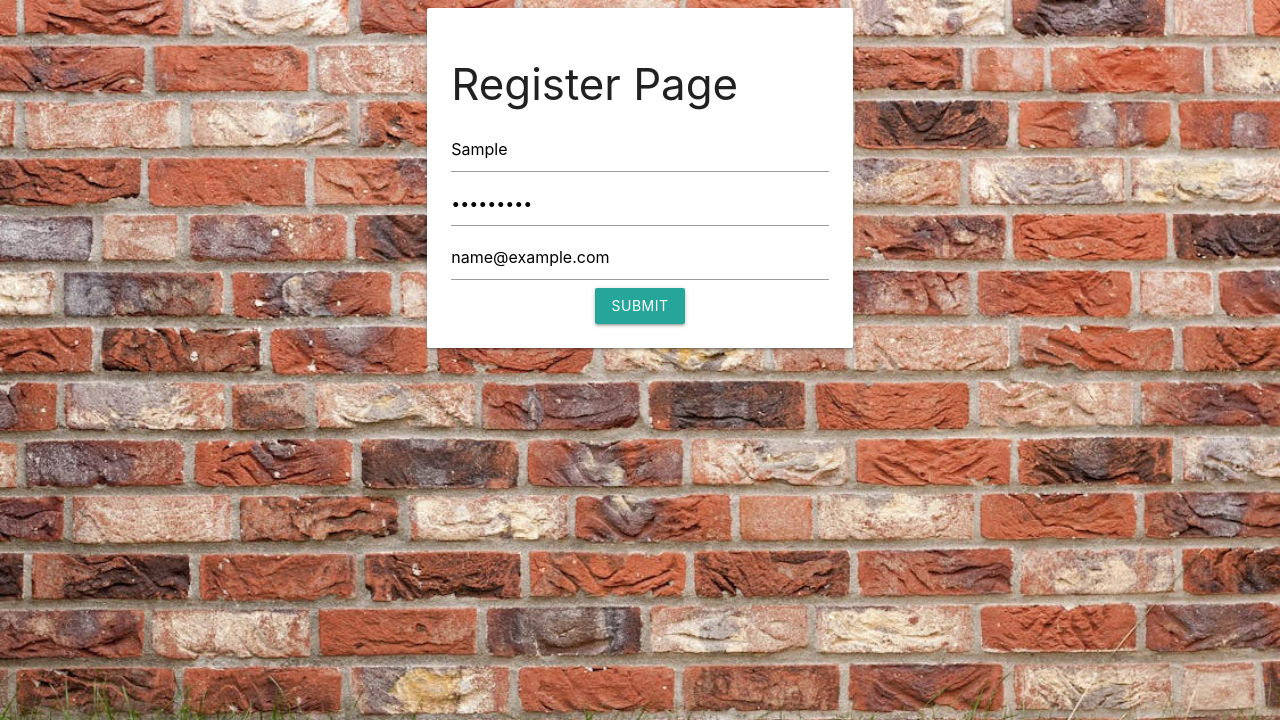
Repository: nin19/advance_java
Page: http://localhost/register-module/
An editor plug-in stored every save of this project. The page is shown before and after the next save, followed by the edit.
The browser window is 1280 px wide. The pictures show the whole page.
Empty fields were first filled with sample values (such as "Sample", 5 or name@example.com).
After loading, the first visible `#myForm` was submitted once.
The page is served by Tomcat 9.

Above is the page before, as saved 2024-10-19 08:24:50.

### servlet/register-module/src/main/webapp/signup.jsp
<%@ page language="java" contentType="text/html; charset=ISO-8859-1"
    pageEncoding="ISO-8859-1"%>
<!DOCTYPE html>
<html>
<head>
<meta charset="ISO-8859-1">
<title>SignUpPage</title>
 <!-- Compiled and minified CSS -->
    <link rel="stylesheet" href="https://cdnjs.cloudflare.com/ajax/libs/materialize/1.0.0/css/materialize.min.css">

    <!-- Compiled and minified JavaScript -->
    <script src="https://cdnjs.cloudflare.com/ajax/libs/materialize/1.0.0/js/materialize.min.js"></script>

</head>
<body style="background: url(img/background.jpeg);background-size: 100%">
	<div class="container">
		<div class="row">
			<div class="col m6 offset-m3">
				<div class="card">
					<div class="card-content">
						<h3>Register Page</h3>

						<div class="form center-align">
							<form action="Register" method="post" id="myForm">
								<input type="text" name="user_name" placeholder="Enter Name"/>
								<input type="password" name="user_password" placeholder="Enter Password"/>
								<input type="email" name="user_email" placeholder="Enter Email"/>

								<button type="submit" class="btn">Submit</button>
							</form>
						</div>
						<div class="loader center-align" style="margin-top: 10px;display: none">
							<div class="preloader-wrapper big active">
							    <div class="spinner-layer spinner-blue-only">
							      <div class="circle-clipper left">
							        <div class="circle"></div>
							      </div><div class="gap-patch">
							        <div class="circle"></div>
							      </div><div class="circle-clipper right">
							        <div class="circle"></div>
							      </div>
							    </div>
							 </div>
							 <h5>Please wait...</h5>
						</div>
					</div>
				</div>
			</div>
		</div>
	</div>
	<script src="https://code.jquery.com/jquery-3.7.1.min.js"
	  integrity="sha256-/JqT3SQfawRcv/BIHPThkBvs0OEvtFFmqPF/lYI/Cxo="
	  crossorigin="anonymous"></script>
	 <script>
	 	$(document).ready(function () {
	 		console.log("Page is ready...");

	 		$("#myForm").on('submit',function(event){
	 			event.preventDefault();
	 			var f=$(this).serialize();
	 			console.log(f);

	 			$(".loader").show();
	 			$(".form").hide();

	 			$.ajax({
	 				url:"Register",
	 				data:f,
	 				type:"POST",
	 				success:function(data,textStatus,jqXHR) {
	 					console.log(data);
	 					console.log("SUCCESS...");
	 					$(".loader").hide();
	 		 			$(".form").show();
	 				},
	 				error:function(jqXHR,textStatus,errorThrown) {
	 					console.log(data);
	 					console.log("ERROR...");
	 					$(".loader").hide();
	 		 			$(".form").show();
	 				}
	 			})
	 		})
	 	})
	 </script>
</body>
</html>

### servlet/register-module/src/main/java/com/user/Register.java
package com.user;

import javax.servlet.http.HttpServlet;
import javax.servlet.http.HttpServletRequest;
import javax.servlet.http.HttpServletResponse;
import javax.servlet.ServletException;
import java.io.PrintWriter;
import java.sql.DriverManager;
import java.io.IOException;
//import java.sql.DriverManager;
//import java.sql.Connection;
//import java.sql.PreparedStatement;
import java.sql.*;


public class Register extends HttpServlet {

	protected void doPost(HttpServletRequest req , HttpServletResponse res) throws ServletException , IOException{
		res.setContentType("text/html;charset=UTF-8");
		try (PrintWriter out = res.getWriter()){

			// Fetching data from request
			String name = req.getParameter("user_name");
			String pass = req.getParameter("user_password");
			String email = req.getParameter("user_email");

			if(name==null || pass==null || email==null) {
				out.println("<h1>Mandatory Fields not entered </h1>");
				return;
			}
//			out.println("<h1>"+name+" "+pass+" "+email+" </h1>");

			//JDBC Connection
			try {
				Thread.sleep(2000);
				Class.forName("com.mysql.jdbc.Driver");

				Connection conn = DriverManager.getConnection("jdbc:mysql://localhost:3306/register","root","Niraj@123");


				String query = "INSERT INTO user(user_name,user_pass,user_email) VALUES(?,?,?)";
				PreparedStatement ps = conn.prepareStatement(query);

				ps.setString(1,name);
				ps.setString(2,pass);
				ps.setString(3,email);

				int ret = ps.executeUpdate();
				if(ret == 0) {
					out.println("Couldnt insert data");
					return;
				}
				out.println("Done");


			}catch(ClassNotFoundException e) {
				System.out.println("JDBC class didnt load");
				out.println("error..");
				return;
			}catch(SQLException se) {
				se.printStackTrace();
				out.println("error..");
				return;
			} catch (InterruptedException e) {
				e.printStackTrace();
				out.println("error..");
				return;
			}

		}
	}
}

After the next save:
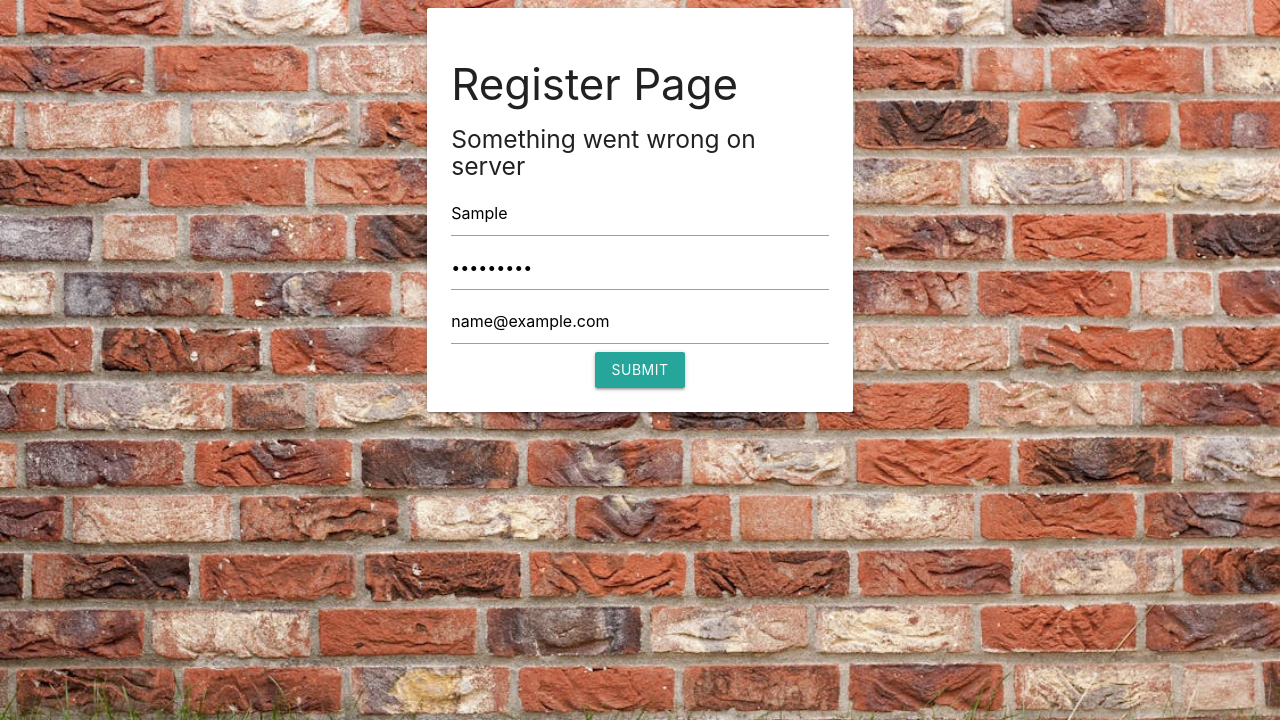
Saved 2 min 38 s later.
--- a/servlet/register-module/src/main/webapp/signup.jsp
+++ b/servlet/register-module/src/main/webapp/signup.jsp
@@ -19,7 +19,7 @@
 				<div class="card">
 					<div class="card-content">
 						<h3>Register Page</h3>
-
+						<h5 id="msg"></h5>
 						<div class="form center-align">
 							<form action="Register" method="post" id="myForm">
 								<input type="text" name="user_name" placeholder="Enter Name"/>
@@ -72,12 +72,18 @@
 	 					console.log("SUCCESS...");
 	 					$(".loader").hide();
 	 		 			$(".form").show();
+	 		 			if(data.trim()==='done') {
+	 		 				$('#msg').html("Successfully registered");
+	 		 			}else {
+	 		 				$('#msg').html("Something went wrong on server");
+	 		 			}
 	 				},
 	 				error:function(jqXHR,textStatus,errorThrown) {
 	 					console.log(data);
 	 					console.log("ERROR...");
 	 					$(".loader").hide();
 	 		 			$(".form").show();
+ 		 				$('#msg').html("Something went wrong on server");
 	 				}
 	 			})
 	 		})
